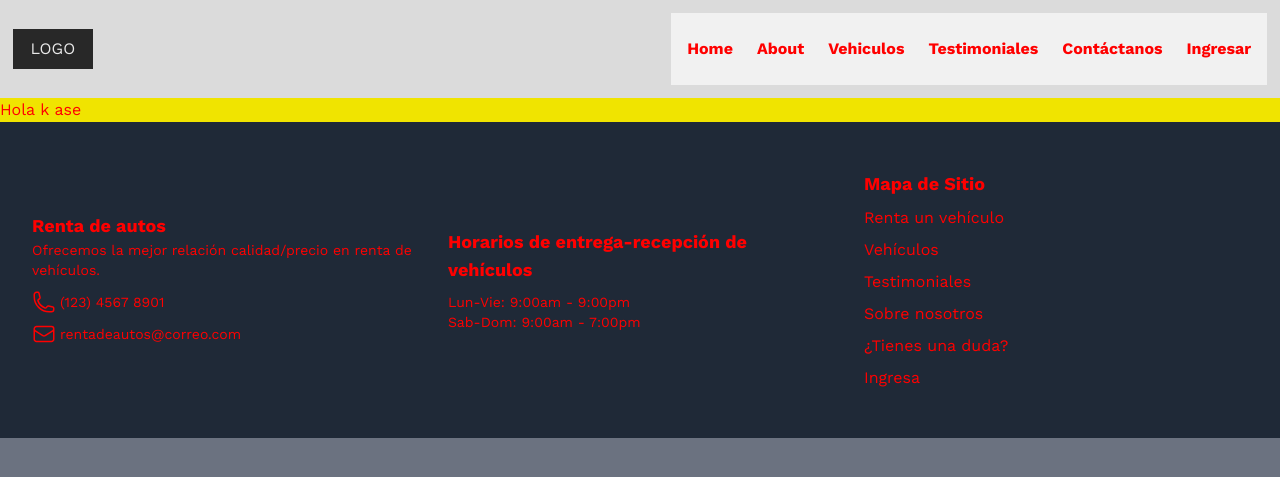
Repository: aldovelacasas/PF_RentCar2
Page: /
These files come from the project's save history. The page is drawn as it stood at one moment and after the next save; the edit follows.
The browser window is 1280 px wide. The pictures show the whole page.
The project was rebuilt for these pictures with package versions that can differ from the ones it lists, and the page was loaded fresh each time. The framework's server and built-in components were replaced by stand-ins that run in the browser. Also part of the build but not shown: next.config.js.

Above is the page before, as saved 2023-08-30 09:53:00.

After the next save:
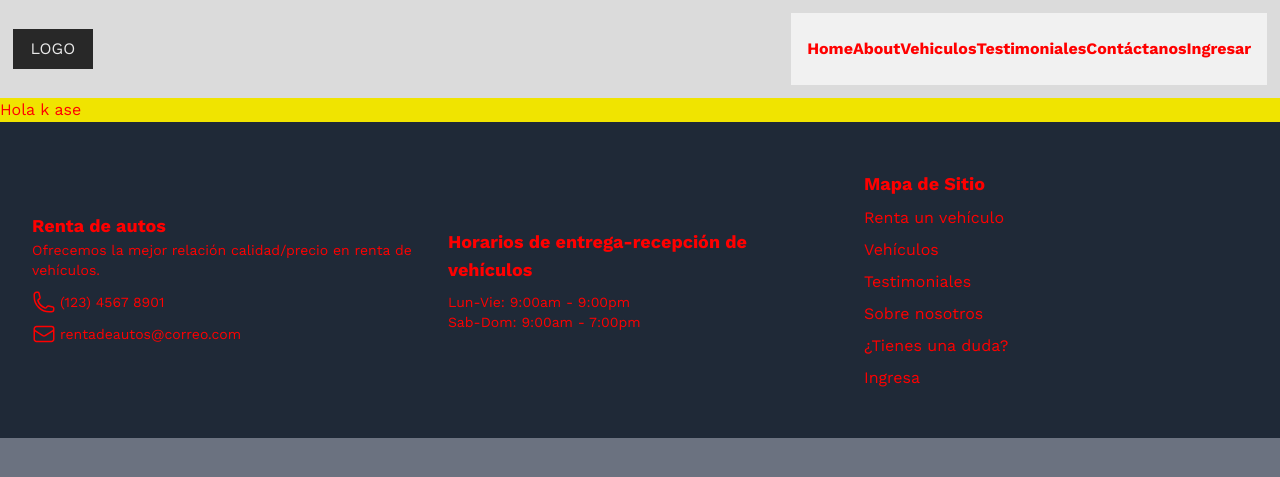
Saved 13 s later.
--- a/src/components/NavBar/nav.css
+++ b/src/components/NavBar/nav.css
@@ -119,7 +119,6 @@ nav {
     flex-direction: row;
     min-height: fit-content;
     width: fit-content;
-    column-gap: 24px;
     align-items: center;
   }
 
